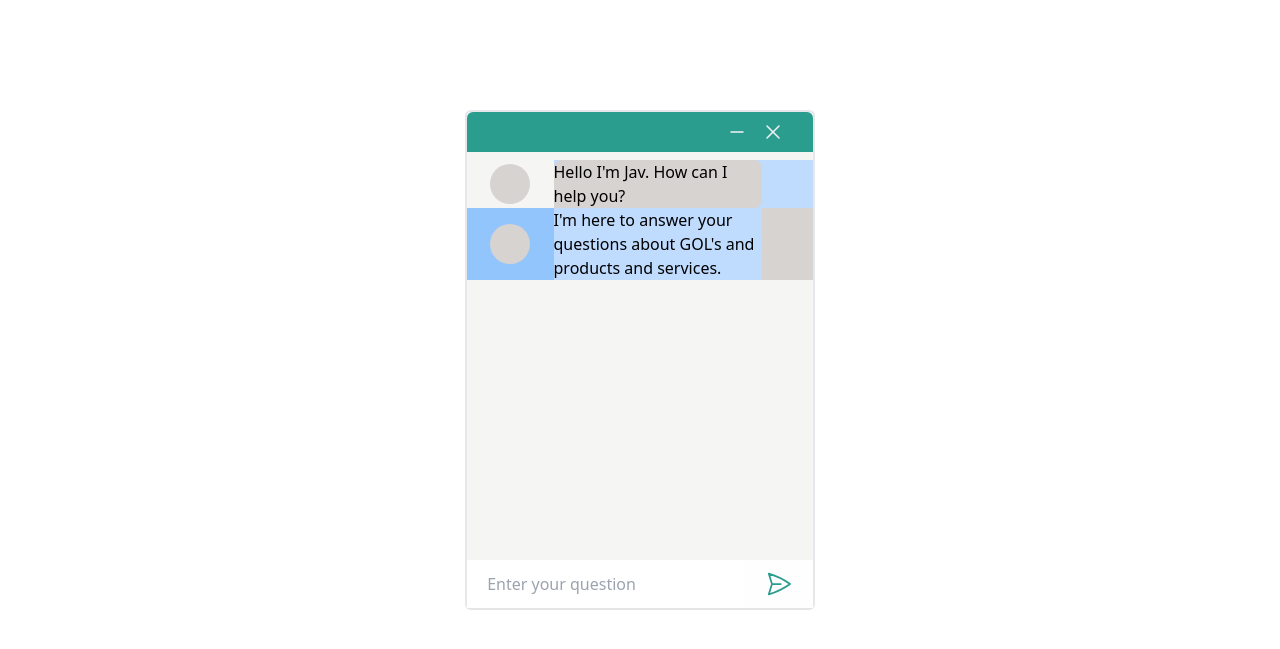
Repository: hsumyatm7308/Chatbot
Page: index.html
An editor plug-in stored every save of this project. The page is shown before and after the next save, followed by the edit.
The browser window is 1280 px wide. The pictures show the whole page.
Some web libraries are served in a nearby version.

Above is the page before, as saved 2023-07-09 11:30:33.

After the next save:
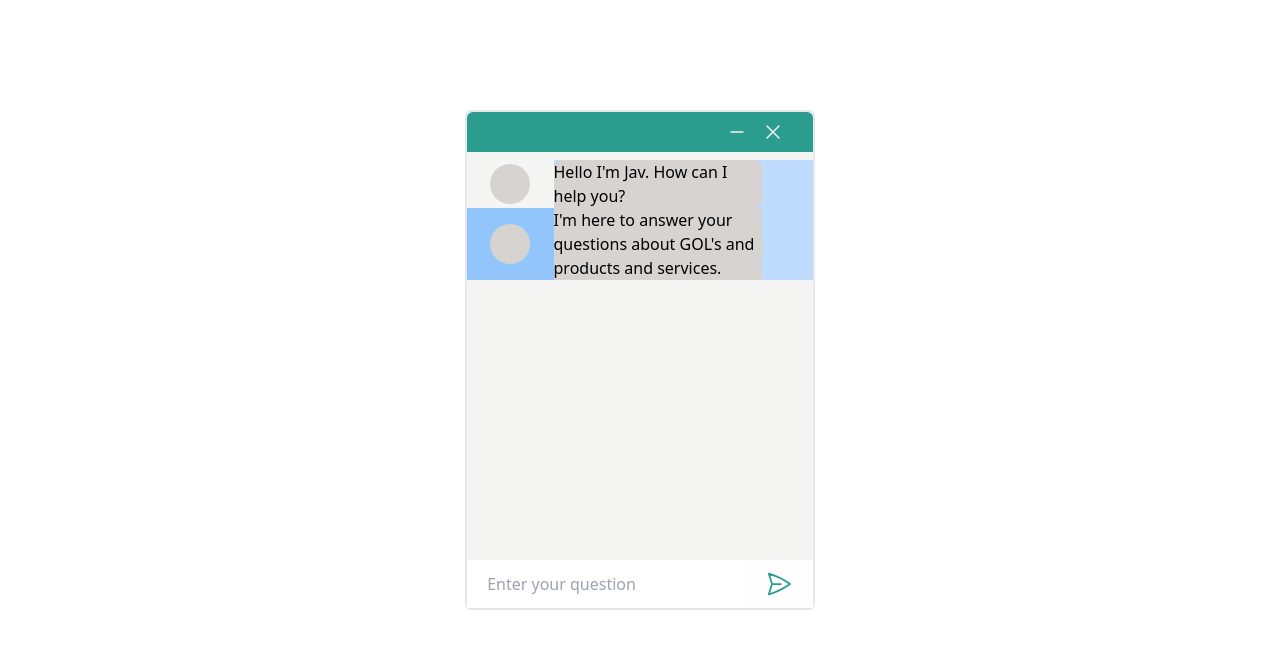
Saved 17 s later.
--- a/index.html
+++ b/index.html
@@ -48,8 +48,8 @@
                          </div>
                     </div>
                     <div class=" bg-blue-200 col-span-3">
-                         <div class="w-full h-auto bg-stone-300">
-                                 <div class="w-52 h-full bg-blue-200">
+                         <div class="w-full h-auto ">
+                                 <div class="w-52 h-full bg-stone-300">
                                      <span>I'm here to answer your questions about GOL's and products and services.</span>
                                  </div>
                          </div>
